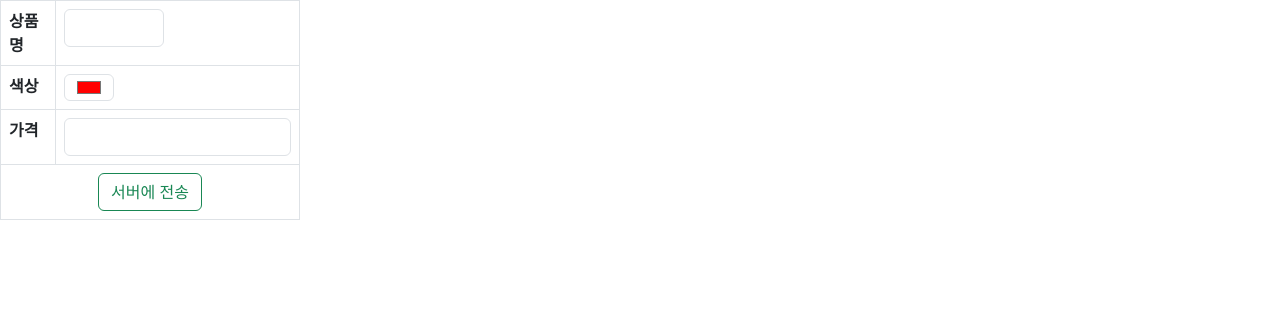
Repository: ssung2sin/sist0615_spring
Page: http://localhost/SpringMvcRead5/naver/form2
These files come from the project's save history. The page is drawn as it stood at one moment and after the next save; the edit follows.
The browser window is 1280 px wide. The pictures show the whole page.
Some web fonts or font styles are not loaded; a fallback is used. The page is served by Tomcat 9. Other server files are loaded and not shown.

Above is the page before, as saved 2023-10-10 06:45:26.

### SpringMvcRead5/src/main/webapp/WEB-INF/day1010/form2.jsp
<%@ page language="java" contentType="text/html; charset=UTF-8"
    pageEncoding="UTF-8"%>
<%@ taglib uri="http://java.sun.com/jsp/jstl/core" prefix="c"%>
<%@ taglib uri="http://java.sun.com/jsp/jstl/fmt" prefix="fmt"%>
<!DOCTYPE html>
<html>
<head>
<meta charset="UTF-8">
<link href="https://cdn.jsdelivr.net/npm/bootstrap@5.3.0/dist/css/bootstrap.min.css" rel="stylesheet">
<link href="https://fonts.googleapis.com/css2?family=Dongle:wght@300&family=Gaegu:wght@300&family=Nanum+Pen+Script&family=Sunflower:wght@300&display=swap" rel="stylesheet">
<script src="https://code.jquery.com/jquery-3.7.0.js"></script>
<title>Insert title here</title>
</head>
<body>
<form action="read2" method="post">
	<table class="table table-bordered" style="width: 300px;">
		<tr>
			<th wid>상품명</th>
			<td><input type="text" class="form-control" name="sang" style="width:100px;"></td>
		</tr>
		<tr>
			<th>색상</th>
			<td>
				<input type="color" name="color" value="#ff0000" class="form-control" style="width: 50px;">
			</td>
		</tr>
		<tr>
			<th>가격</th>
			<td>
				<input type="text" name="price" class="form-control">
			</td>
		</tr>
		<tr>
			<td colspan="2" align="center"><button type="submit" class="btn btn-outline-success">서버에 전송</button></td>
		</tr>
	</table>
</form>
</body>
</html>

After the next save:
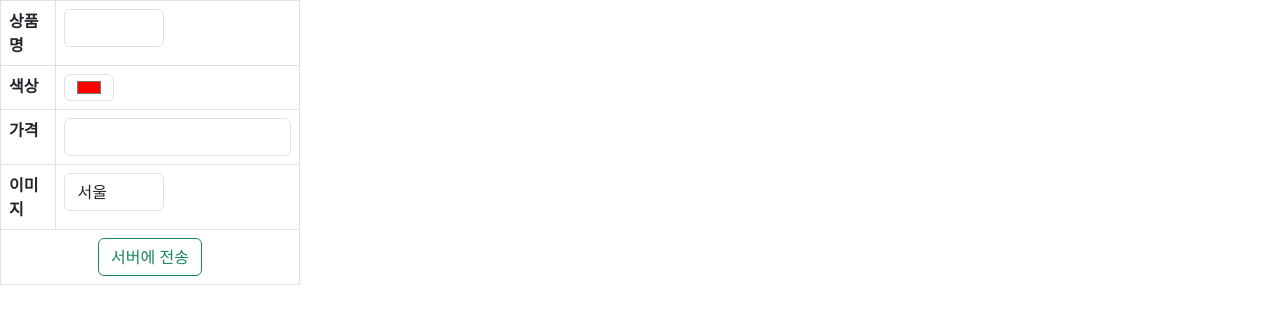
Saved 43 s later.
--- a/SpringMvcRead5/src/main/webapp/WEB-INF/day1010/form2.jsp
+++ b/SpringMvcRead5/src/main/webapp/WEB-INF/day1010/form2.jsp
@@ -31,6 +31,18 @@
 			</td>
 		</tr>
 		<tr>
+			<th>이미지</th>
+			<td>
+				<select name="image" class="form-control" style="width: 100px;">
+					<option value="서울">서울</option>
+					<option value="경기">경기</option>
+					<option value="대구">대구</option>
+					<option value="부산">부산</option>
+					<option value="제주">제주</option>
+				</select>
+			</td>
+		</tr>
+		<tr>
 			<td colspan="2" align="center"><button type="submit" class="btn btn-outline-success">서버에 전송</button></td>
 		</tr>
 	</table>
